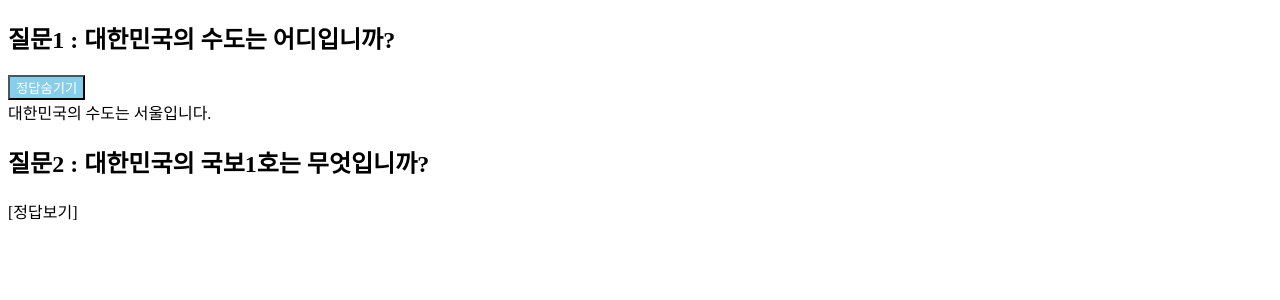
Repository: yoojisoo/YONSAI
Page: http://localhost/teatJava/html/script05.jsp
An editor plug-in stored every save of this project. The page is shown before and after the next save, followed by the edit.
The browser window is 1280 px wide. The pictures show the whole page.
After loading, the first visible `button.q1` was clicked once.
The page is served by Tomcat 9.

Above is the page before, as saved 2021-08-20 06:14:50.

### jsworkspace/teatJava/src/main/webapp/html/script05.jsp
<%@ page language="java" contentType="text/html; charset=UTF-8"
    pageEncoding="UTF-8"%>
<!DOCTYPE html>
<html>
<head>
<meta charset="UTF-8">
<title>정답보기</title>
<script src="../js/jquery-3.6.0.js"></script> <!--제이쿼리라이브러리-->
<script>
	var count1=0;
	$(document).ready(function(){
		$("ans").hide();
		$("button.q1").click(function(){
			count1++;
				if(count1%2==1){
					$("ans.q1").show();
					$("button.q1").text("정답숨기기");
					$("button.q1").css({"background-color":"skyblue","color":"white"});

				}else{
					$("ans.q1").hide();
					$("button.q1").text("정답보기");
				}
		});
		$("p.q2").click(function(){
				$("ans.q2").toggle();
		});
	});
</script>
</head>
<body>
	<h2>질문1 : 대한민국의 수도는 어디입니까?</h2>
		<button class="q1">정답보기</button><br>
		<ans class="q1">대한민국의 수도는 서울입니다.</ans>


	<h2>질문2 : 대한민국의 국보1호는 무엇입니까?</h2>
		<p class="q2">[정답보기]</p>
		<ans class="q2">대한민국의 국보1호는 숭례문입니다.</ans>
</body>
</html>

Loaded but not shown: jsworkspace/teatJava/src/main/webapp/js/jquery-3.6.0.js (library)

After the next save:
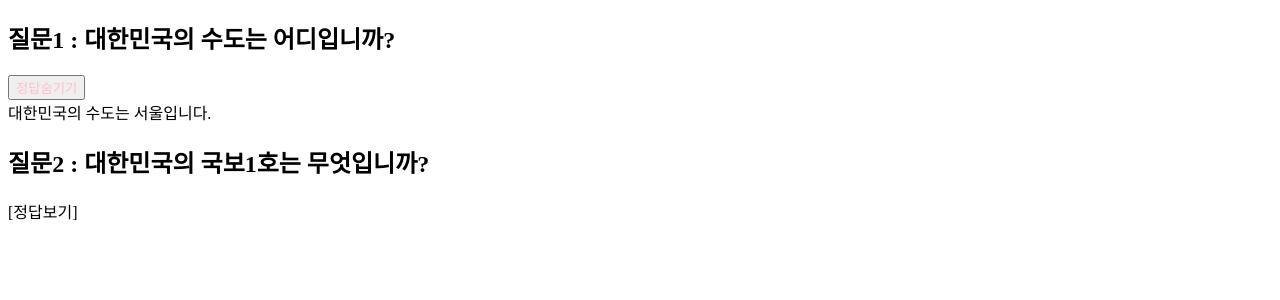
Saved 20 s later.
--- a/jsworkspace/teatJava/src/main/webapp/html/script05.jsp
+++ b/jsworkspace/teatJava/src/main/webapp/html/script05.jsp
@@ -15,7 +15,7 @@
 				if(count1%2==1){
 					$("ans.q1").show();
 					$("button.q1").text("정답숨기기");
-					$("button.q1").css({"background-color":"skyblue","color":"white"});
+					$("button.q1").css({"color":"pink"});
 
 				}else{
 					$("ans.q1").hide();
